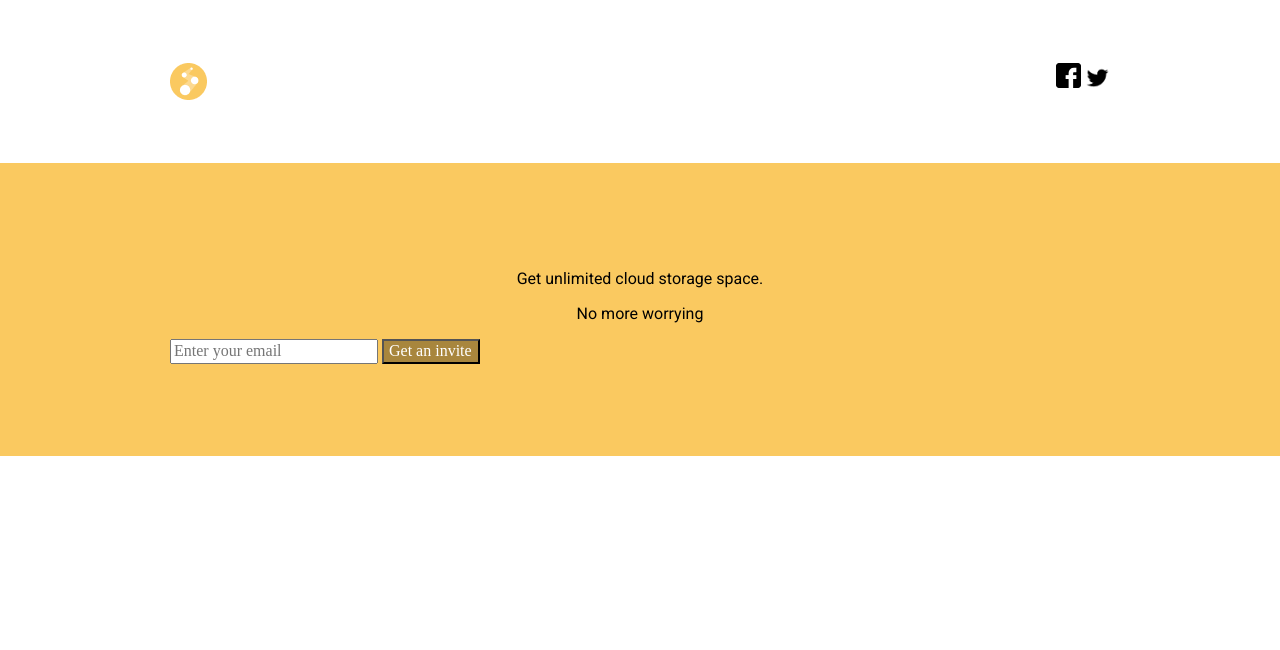
Repository: AndreyMykulych/user_home_work_Mykulych
Page: index.html
An editor plug-in stored every save of this project. The page is shown before and after the next save, followed by the edit.
The browser window is 1280 px wide. The pictures show the whole page.

Above is the page before, as saved 2023-02-27 15:39:11.

After the next save:
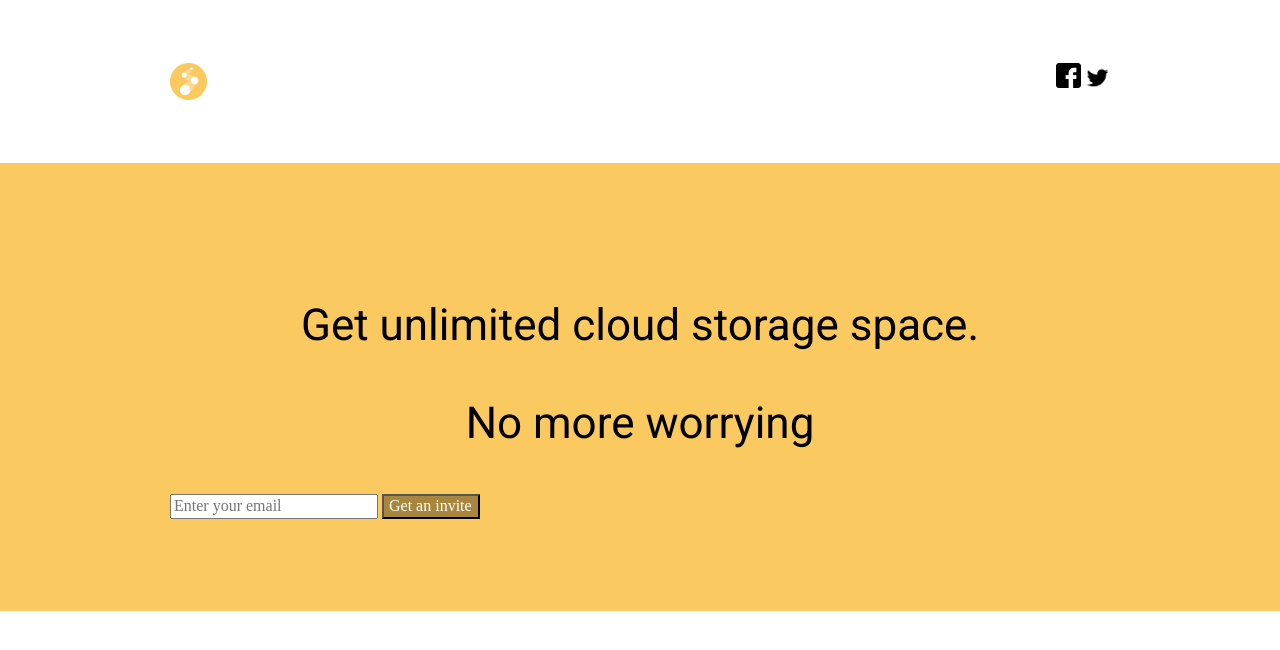
Saved 24 s later.
--- a/styles/style.css
+++ b/styles/style.css
@@ -45,6 +45,10 @@ height: 25px;
     display: block;
     font-family: 'Roboto', sans-serif;
     text-align: center;
+    font-style: normal;
+font-weight: 400;
+font-size: 44px;
+line-height: 54px;
 }
 form {
     display: inline-block;
